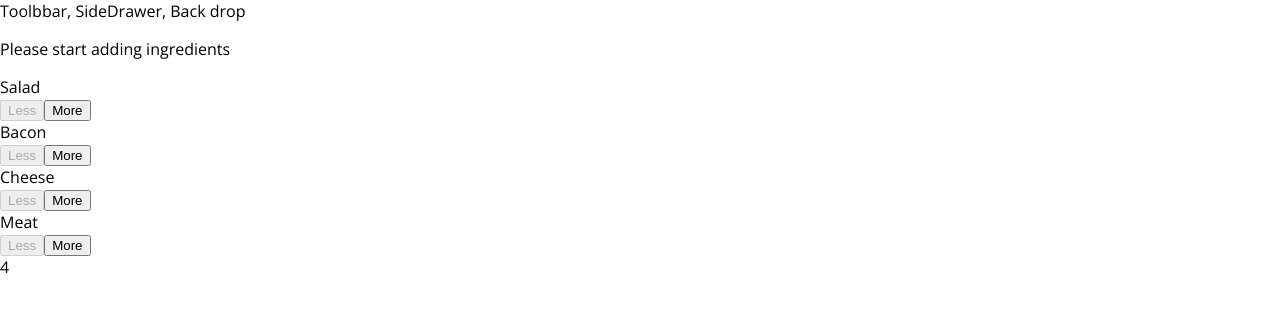
Repository: dunbom6612/burger-builder-app
Page: /
The author's editor kept a copy of each file at every save. The page is drawn from the files as they stood at one save, then again after the next save.
The browser window is 1280 px wide. The pictures show the whole page.
The project was rebuilt for these pictures with package versions that can differ from the ones it lists, and the page was loaded fresh each time. Also part of the build but not shown: src/components/Layout/Layout.css, src/components/Burger/Burgeringredient/Burgeringredient.css, src/components/Burger/Burger.css, src/components/BuildControls/BuildControls.css, src/components/BuildControls/BuildControl/BuildControl.css.

Above is the page before, as saved 2020-07-31 00:36:14.

### public/index.html
<!DOCTYPE html>
<html lang="en">
  <head>
    <meta charset="utf-8">
    <meta name="viewport" content="width=device-width, initial-scale=1, shrink-to-fit=no">
    <meta name="theme-color" content="#000000">
    <!--
      manifest.json provides metadata used when your web app is added to the
      homescreen on Android. See https://developers.google.com/web/fundamentals/engage-and-retain/web-app-manifest/
    -->
    <link rel="manifest" href="%PUBLIC_URL%/manifest.json">
    <link rel="shortcut icon" href="%PUBLIC_URL%/favicon.ico">
    <!--
      Notice the use of %PUBLIC_URL% in the tags above.
      It will be replaced with the URL of the `public` folder during the build.
      Only files inside the `public` folder can be referenced from the HTML.

      Unlike "/favicon.ico" or "favicon.ico", "%PUBLIC_URL%/favicon.ico" will
      work correctly both with client-side routing and a non-root public URL.
      Learn how to configure a non-root public URL by running `npm run build`.
    -->
    <link href="https://fonts.googleapis.com/css2?family=Open+Sans:wght@400;700&display=swap" rel="stylesheet">
    <title>Huy Burger</title>
  </head>
  <body>
    <noscript>
      You need to enable JavaScript to run this app.
    </noscript>
    <div id="root"></div>
    <!--
      This HTML file is a template.
      If you open it directly in the browser, you will see an empty page.

      You can add webfonts, meta tags, or analytics to this file.
      The build step will place the bundled scripts into the <body> tag.

      To begin the development, run `npm start` or `yarn start`.
      To create a production bundle, use `npm run build` or `yarn build`.
    -->
  </body>
</html>

### src/App.js
import React, { Component } from 'react';
import Layout from './components/Layout/Layout';
import BurgerBuilder from './containers/BurgerBuilder/BurgerBuilder';

class App extends Component {
  render() {
    return (
      <div className="App">
        <Layout>
          <BurgerBuilder />
        </Layout>
      </div>
    );
  }
}

export default App;

### src/components/Layout/Layout.js
import React from "react";
import Aux from "../../hoc/Aux";
import classes from './Layout.css'

const layout = (props) => (
  <Aux>
    <div>Toolbbar, SideDrawer, Back drop</div>
    <main className={classes.Content}>{props.children}</main>
  </Aux>
);

export default layout;

### src/containers/BurgerBuilder/BurgerBuilder.js
import React, { Component } from "react";
import Aux from "../../hoc/Aux";
import Burger from "../../components/Burger/Burger";
import BuildControls from "../../components/BuildControls/BuildControls";

const INGREDIENT_PRICES = {
  salad: 0.5,
  cheese: 0.4,
  meat: 1.3,
  bacon: 0.7,
};
class BurgerBuilder extends Component {
  state = {
    ingredients: {
      salad: 0,
      bacon: 0,
      cheese: 0,
      meat: 0,
    },
    totalPrice: 4,
  };

  addIngredientHandler = (type) => {
    const oldCount = this.state.ingredients[type];
    const updatedCount = oldCount + 1;
    const updateIngredients = {
      ...this.state.ingredients,
    };
    updateIngredients[type] = updatedCount;
    const priceAddition = INGREDIENT_PRICES[type];
    const oldPrice = this.state.totalPrice;
    const newPrice = oldPrice + priceAddition;
    this.setState({ totalPrice: newPrice, ingredients: updateIngredients });
  };

  removeIngredientHandler = (type) => {
    const oldCount = this.state.ingredients[type];
    if(oldCount <= 0){
        return;
    }
    const updatedCount = oldCount - 1 ;
    const updateIngredients = {
      ...this.state.ingredients,
    };
    updateIngredients[type] = updatedCount;
    const priceDeduction = INGREDIENT_PRICES[type];
    const oldPrice = this.state.totalPrice;
    const newPrice =
      oldPrice > priceDeduction ? oldPrice - priceDeduction : oldPrice;
    this.setState({ totalPrice: newPrice, ingredients: updateIngredients });
  };
  render() {
      const disabledInfo = {
          ...this.state.ingredients
      };
      for (let key in disabledInfo) {
          disabledInfo[key] = disabledInfo[key] <= 0
      }
    return (
      <Aux>
        <Burger ingredients={this.state.ingredients} />
        <BuildControls
          ingredientAdded={this.addIngredientHandler}
          ingredientRemoved={this.removeIngredientHandler}
          totalPrice={this.state.totalPrice}
          disabled={disabledInfo}
        />
      </Aux>
    );
  }
}

export default BurgerBuilder;

### src/components/Burger/Burger.js
import React from 'react'
import BurgerIngredient from './Burgeringredient/Burgeringredient'
import classes from './Burger.css'

const burger = (props) => {
    let transformedIngredient = Object.keys(props.ingredients).map(igKey => {
        return [...Array(props.ingredients[igKey])].map((_,i) => {
           return  <BurgerIngredient key={igKey + i} type={igKey} />
        });
    }).reduce((arr, el) => {
        return arr.concat(el);
    }, []);
    if(transformedIngredient.length === 0 ){
        transformedIngredient = <p> Please start adding ingredients</p>;
    }
    return (
        <div className={classes.Burger}>
            <BurgerIngredient type='bread-top'/>
            {transformedIngredient}
            <BurgerIngredient type='bread-bottom'/>
        </div>
    );


}

export default burger;

### src/components/BuildControls/BuildControls.js
import React from "react";
import classes from "./BuildControls.css";
import BuildControl from "./BuildControl/BuildControl";

const controls = [
  { label: "Salad", type: "salad" },
  { label: "Bacon", type: "bacon" },
  { label: "Cheese", type: "cheese" },
  { label: "Meat", type: "meat" },
];
const buildControls = (props) => (
  <div className={classes.BuildControls}>
    {controls.map((ctrl) => (
      <BuildControl key={ctrl.label} label={ctrl.label}
      added={() => props.ingredientAdded(ctrl.type)}
      removed={() => props.ingredientRemoved(ctrl.type)}
      disabled={props.disabled[ctrl.type]}
      />
    ))}
    <div>{props.totalPrice}</div>
  </div>
);

export default buildControls;

### src/components/Burger/Burgeringredient/Burgeringredient.js
import React, { Component } from "react";
import PropTypes from "prop-types";
import classes from "./Burgeringredient.css";

class BurgerIngredient extends Component {
  render() {
    let ingredient = null;

    switch (this.props.type) {
      case "bread-bottom":
        ingredient = <div className={classes.BreadBottom}></div>;
        break;
      case "bread-top":
        ingredient = (
          <div className={classes.BreadTop}>
            <div className={classes.Seeds1}></div>
            <div className={classes.Seeds2}></div>
          </div>
        );
        break;
      case "meat":
        ingredient = <div className={classes.Meat}></div>;
        break;
      case "cheese":
        ingredient = <div className={classes.Cheese}></div>;
        break;
      case "bacon":
        ingredient = <div className={classes.Bacon}></div>;
        break;
      case "salad":
        ingredient = <div className={classes.Salad}></div>;
        break;
      default:
        ingredient = null;
    }

    return ingredient;
  }
}

BurgerIngredient.propTypes = {
  type: PropTypes.string.isRequired,
};

export default BurgerIngredient;

### src/components/BuildControls/BuildControl/BuildControl.js
import React from "react";
import classes from './BuildControl.css';



const buildControl = (props) => (
    <div className={classes.BuildControl}>
        <div className={classes.Label}>{props.label}</div>
        <button className={classes.Less} onClick={props.removed} disabled={props.disabled}>Less</button>
        <button className={classes.More} onClick={props.added}>More</button>
    </div>
);

export default buildControl;

Loaded but not shown: src/index.js (common file); src/index.css (common file); src/registerServiceWorker.js (common file); src/hoc/Aux.js (common file)

After the next save:
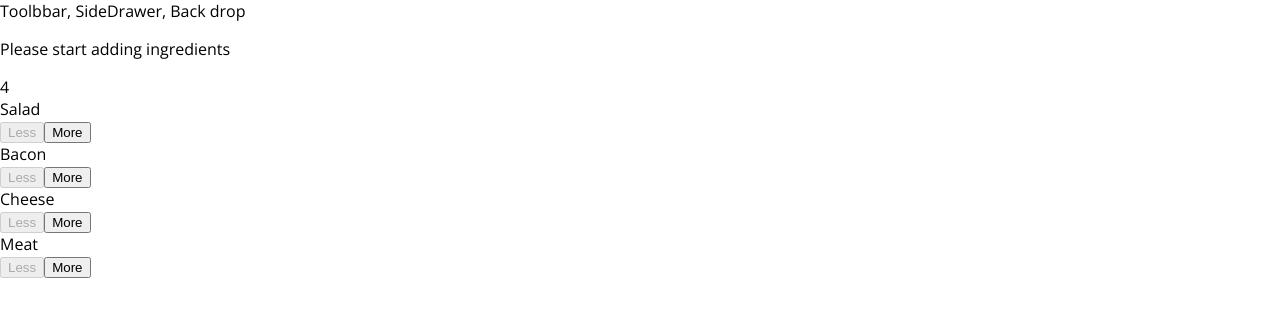
Saved 107 s later.
--- a/src/components/BuildControls/BuildControls.js
+++ b/src/components/BuildControls/BuildControls.js
@@ -10,6 +10,7 @@ const controls = [
 ];
 const buildControls = (props) => (
   <div className={classes.BuildControls}>
+      <div>{props.totalPrice}</div>
     {controls.map((ctrl) => (
       <BuildControl key={ctrl.label} label={ctrl.label}
       added={() => props.ingredientAdded(ctrl.type)}
@@ -17,7 +18,7 @@ const buildControls = (props) => (
       disabled={props.disabled[ctrl.type]}
       />
     ))}
-    <div>{props.totalPrice}</div>
+
   </div>
 );
 

After the save that followed:
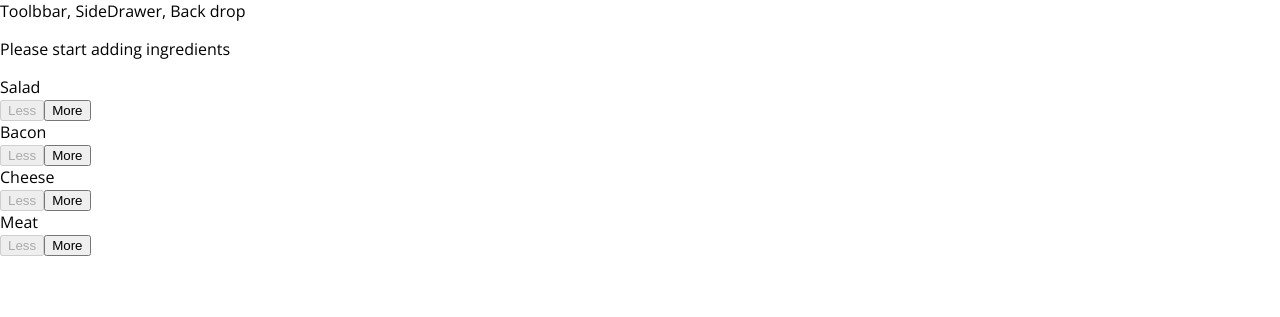
Saved 12 s later.
--- a/src/containers/BurgerBuilder/BurgerBuilder.js
+++ b/src/containers/BurgerBuilder/BurgerBuilder.js
@@ -62,7 +62,7 @@ class BurgerBuilder extends Component {
         <BuildControls
           ingredientAdded={this.addIngredientHandler}
           ingredientRemoved={this.removeIngredientHandler}
-          totalPrice={this.state.totalPrice}
+          price={this.state.totalPrice}
           disabled={disabledInfo}
         />
       </Aux>
